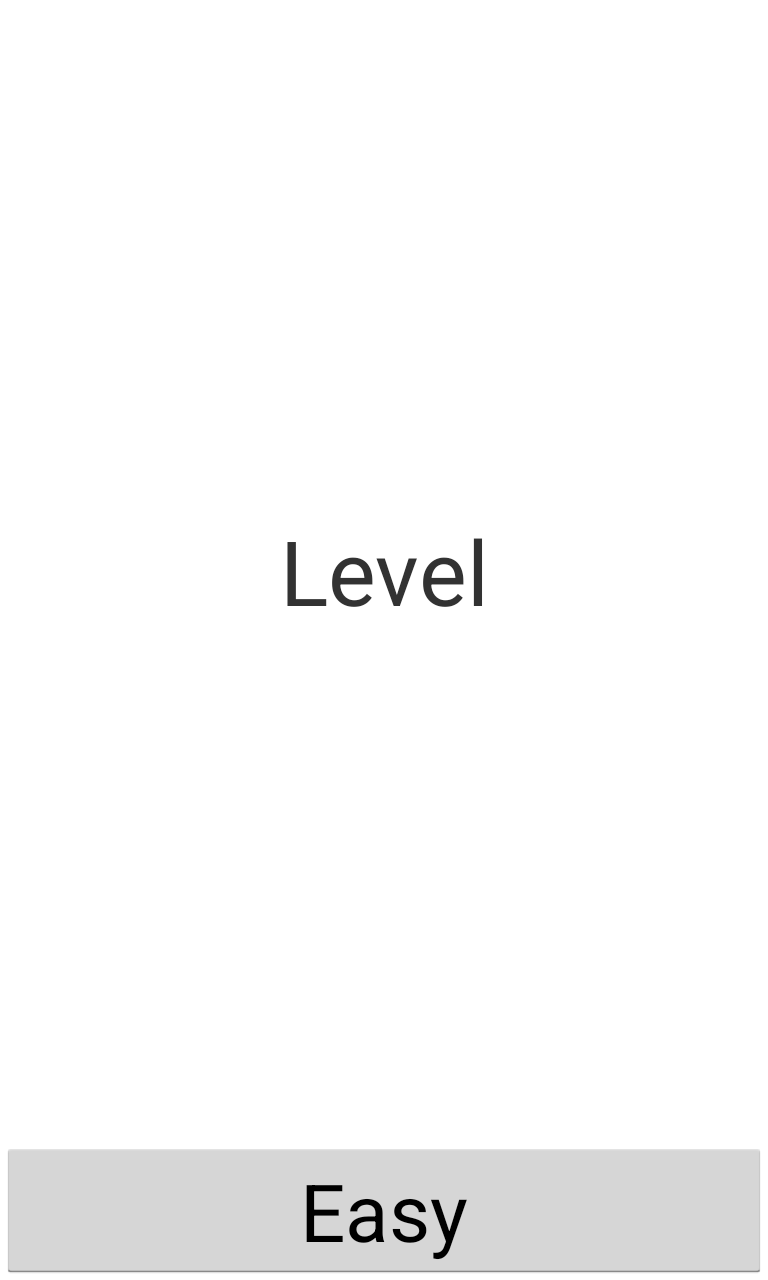
Repository: rupaligarje123/aakash
Layout: androidphotoquiz/FunChem1/photoquiz/res/layout/activity_main.xml
The author's editor kept a copy of each file at every save. The layout is drawn from the files as they stood at one save, then again after the next save.
It is drawn on a 768 x 1280 px phone screen (xhdpi) without system bars, with theme AppTheme; the app's code is not run.

Above is the layout before, as saved 2013-04-18 06:21:44.

### androidphotoquiz/FunChem1/photoquiz/res/layout/activity_main.xml
<?xml version = "1.0" encoding ="utf-8"?>
<LinearLayout xmlns:android="http://schemas.android.com/apk/res/android"
    xmlns:tools="http://schemas.android.com/tools"
    android:layout_width="fill_parent"
    android:layout_height="fill_parent"
    android:orientation="vertical" >

    <TextView
        android:id="@+id/tvDisplay"
        android:layout_width="fill_parent"
        android:layout_height="60sp"
        android:layout_weight="0.01"
        android:gravity="center"
        android:text="@string/hello_world"
        android:textSize="45sp" />

    <Button
        android:id="@+id/bEasy"
        android:layout_width="match_parent"
        android:layout_height="wrap_content"
        android:layout_weight="0.00"
        android:text="Easy"
        android:textSize="40sp" />

</LinearLayout>

### androidphotoquiz/FunChem1/photoquiz/res/values/strings.xml
<?xml version="1.0" encoding="utf-8"?>
<resources>

    <string name="app_name">FunChem</string>
    <string name="action_settings">Settings</string>
    <string name="hello_world">Level</string>
    <string name="Result">Select answer</string>
    <string name="st1">dghfg</string>

</resources>

Loaded but not shown: androidphotoquiz/FunChem1/photoquiz/res/values/styles.xml (common file); androidphotoquiz/FunChem1/photoquiz/res/values-v11/styles.xml (common file); androidphotoquiz/FunChem1/photoquiz/res/values-v14/styles.xml (common file)

After the next save:
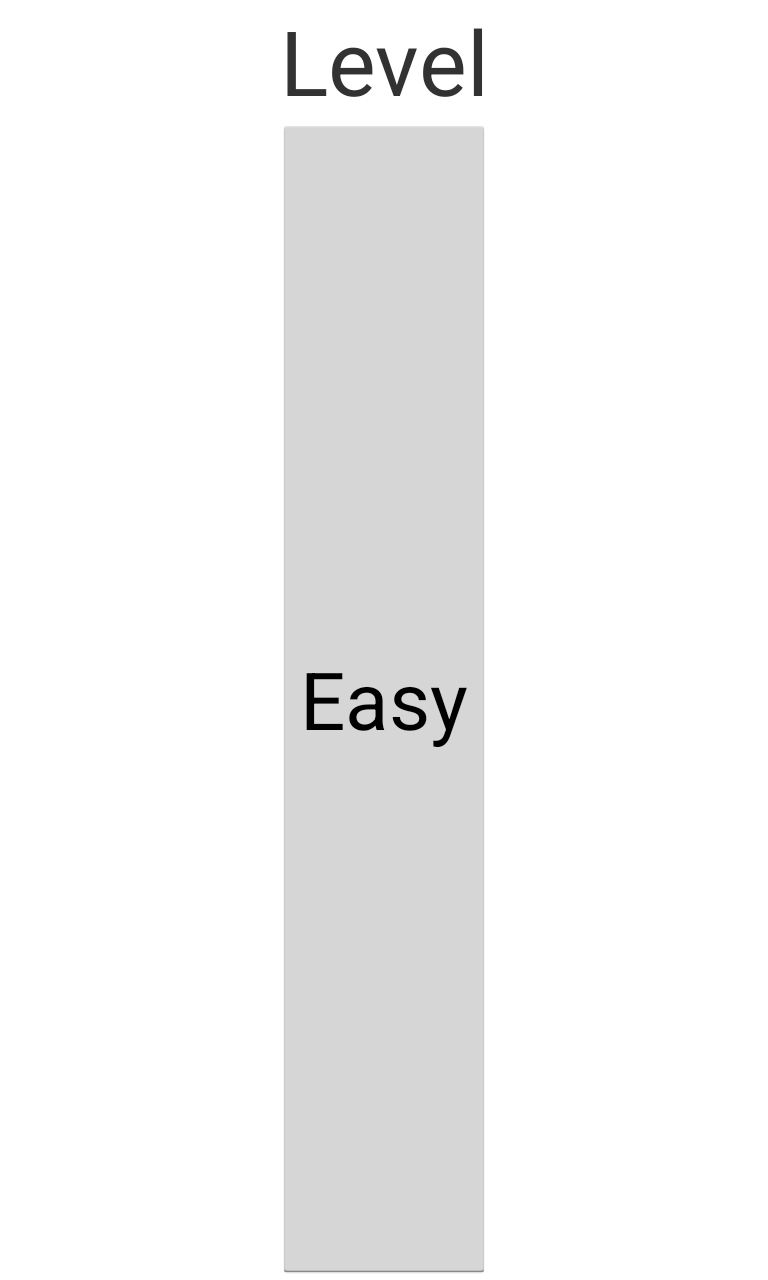
Saved 2 min 47 s later.
--- a/androidphotoquiz/FunChem1/photoquiz/res/layout/activity_main.xml
+++ b/androidphotoquiz/FunChem1/photoquiz/res/layout/activity_main.xml
@@ -16,9 +16,10 @@
 
     <Button
         android:id="@+id/bEasy"
-        android:layout_width="match_parent"
-        android:layout_height="wrap_content"
-        android:layout_weight="0.00"
+        android:layout_width="wrap_content"
+        android:layout_height="match_parent"
+        android:layout_gravity="center"
+        android:layout_weight="0.50"
         android:text="Easy"
         android:textSize="40sp" />
 
